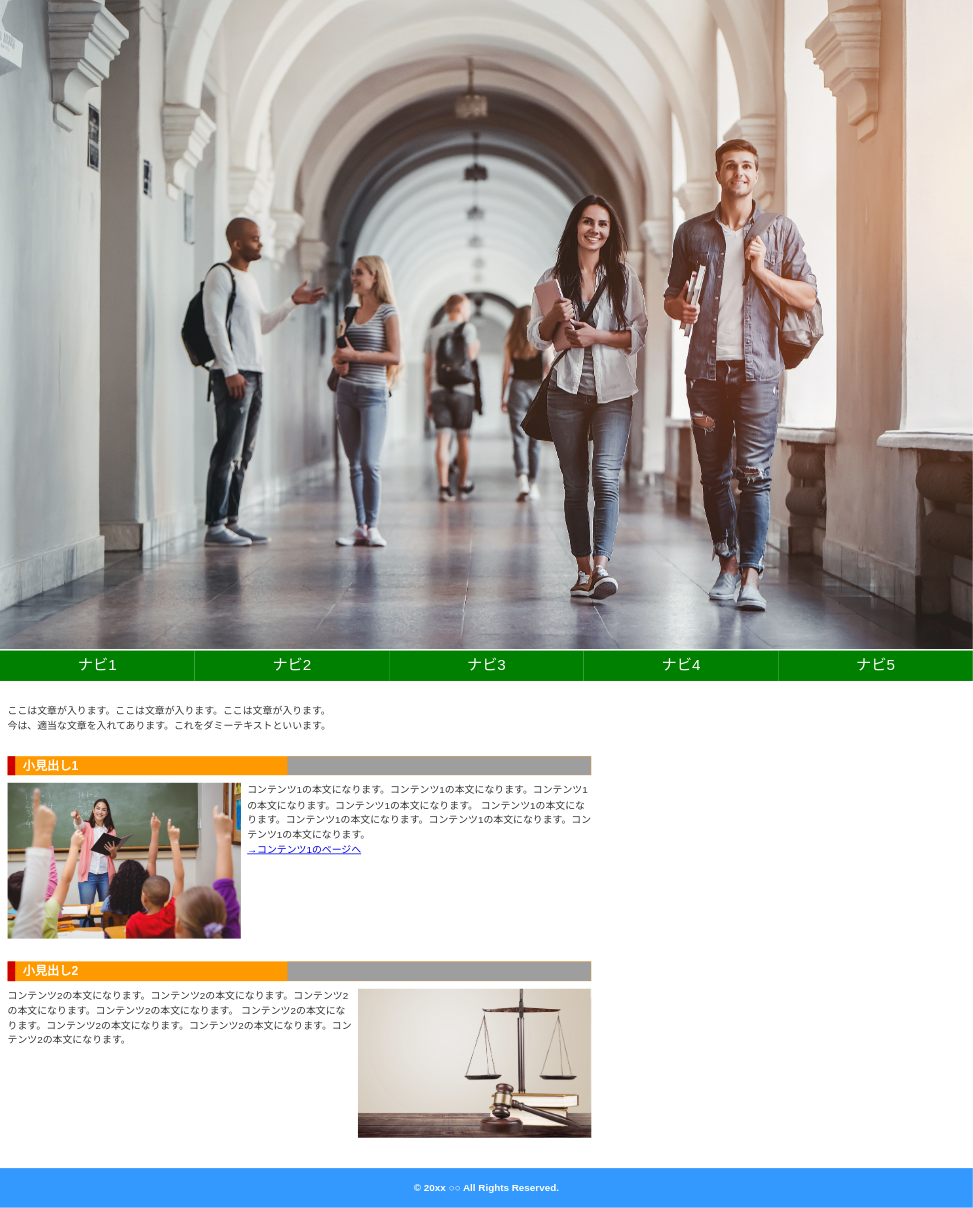
Repository: drumskoji/samurai_HTML-CSS
Page: home.html
The author's editor kept a record of every edit. The page is drawn from the files as they stood at one moment, then again after the next edit.
The browser window is 1280 px wide. The pictures show the whole page, at 76% of full size.
Pictures or frames that could not be fetched are drawn as grey boxes.

Above is the page before.

### home.html
<!DOCTYPE html>
<html lang="ja">
    <head>
        <meta charset="utf-8">
        <title>HTML/CSSの学習</title>
        <link rel="stylesheet" href="stylesheet.css">
    </head>
    <body>
        <div id="header">
            <h1><a href="index.html"><img id="corridor" src="image/corridor.jpg" alt="大学の廊下" /></a></h1>
        </div>
        <div id="wrapper">
            <div id="nav">
                <ul>
                    <li><a href="home.html">ナビ1</a></li>
                    <li><a href="#">ナビ2</a></li>
                    <li><a href="#">ナビ3</a></li>
                    <li><a href="#">ナビ4</a></li>
                    <li><a href="#">ナビ5</a></li>
                </ul>
           </div>
            <div id="container">
                <div id="main">
                    <div class="post">
                        <p>ここは文章が入ります。ここは文章が入ります。ここは文章が入ります。<br />今は、適当な文章を入れてあります。これをダミーテキストといいます。</p>
                    </div>
                    <div class="post clearfix">
                        <h2>小見出し1</h2>
                        <img class="left" src="image/classroom.jpg" alt="授業風景" />
                        <p>
                            コンテンツ1の本文になります。コンテンツ1の本文になります。コンテンツ1の本文になります。コンテンツ1の本文になります。
                            コンテンツ1の本文になります。コンテンツ1の本文になります。コンテンツ1の本文になります。コンテンツ1の本文になります。
                        </p>
                        <p><a href="#">→コンテンツ1のページへ</a></p>
                    </div>
                    <div class="post clearfix">
                        <h2>小見出し2</h2>
                        <img class="right" src="image/scale.jpg" alt="天秤" />
                        <p>
                            コンテンツ2の本文になります。コンテンツ2の本文になります。コンテンツ2の本文になります。コンテンツ2の本文になります。
                            コンテンツ2の本文になります。コンテンツ2の本文になります。コンテンツ2の本文になります。コンテンツ2の本文になります。
                        </p>
                    </div>
                </div>
            </div>
        <div id ="footer">
            <p>&copy; 20xx ○○ All Rights Reserved.</p>
        </div>
    </body>
</html>

### stylesheet.css
@charset "utf-8";

body {
	margin: 0;
	padding: 0;
	font-family: "ヒラギノ角ゴ Pro W3", "Hiragino Kaku Gothic Pro", "メイリオ", Meiryo, Osaka, "ＭＳ Ｐゴシック", "MS PGothic", sans-serif;
	color: #333;
	font-size: 13px;
	line-height: 150%;
}

/* -------------------- wrapper -------------------- */
#wrapper {
	width: 100%;
	margin: auto;
	padding: 0px;
	border: 0px;
	background-color: #FFF;
	top: 10px;
}

/* -------------------- header -------------------- */
#header {
	width: 100%;
}
#header h1 {
	margin: 0;
	padding: 0;
}

#corridor {
	width: 100%;
	height: auto;
}

/* -------------------- footer -------------------- */
#footer {
	clear: both;
	width: 100%;
	padding: 3px 0 3px 0;
	background: #39F;
	color: #FFF;
	font-weight: bold;
	text-align: center;
}

/* -------------------- nav -------------------- */
 #nav {
	 width: 100%;
 }
 #nav ul {
	 margin: 0;
	 padding: 0;
	 list-style-type: none;
 }
 #nav ul li {
	 float: left;
	 width: 20%;
	 text-align: center;
 }
 #nav ul li a {
	 display: block;
	 height: 20px;
	 margin: 0;
	 padding: 10px;
	 color: #FFF;
	 font-size: 20px;
	 text-decoration: none;
	 background-color: green;
 }


 /* -------------------- container -------------------- */
 #container {
	 width: 100%;
	 margin: auto ;
	 padding: auto;
	 padding-top: 20px;
	 clear: both;
 }
 /* -------------------- main -------------------- */
 #main {
	 float: left;
	 width: 60%;
	 padding: 10px 30px 10px 10px;
 }
 #main h2 {
	 margin: 0 0 10px 0;
	 padding: 3px 10px 3px 10px;
	 color: #FFF;
	 font-size: 16px;
	 border-left: solid 10px #C00;
	 background: #F90 url(../images/main_h2.jpg) right top repeat-y;
 }
 #main p {
	 margin: 0;
	 padding: 0;
 }
 #main .post {
	 margin: 0 0 30px 0;
 }

 #main .post img.right {
	 margin: 0 0 0 8px;
 }
 #main .post img.left {
	 margin: 0 8px 0 0;
 }

 .right {
	 float: right;
	 width: 40%;
	 height: auto;
 }
 .left {
	 float: left;
	 width: 40%;
	 height: auto;
 }

 /* -------------------- clearfix -------------------- */
 .clearfix {
	 zoom: 1;
 }
 .clearfix:after{
	 content: "";
	 display: block;
	 clear: both;
 }

After the next edit:
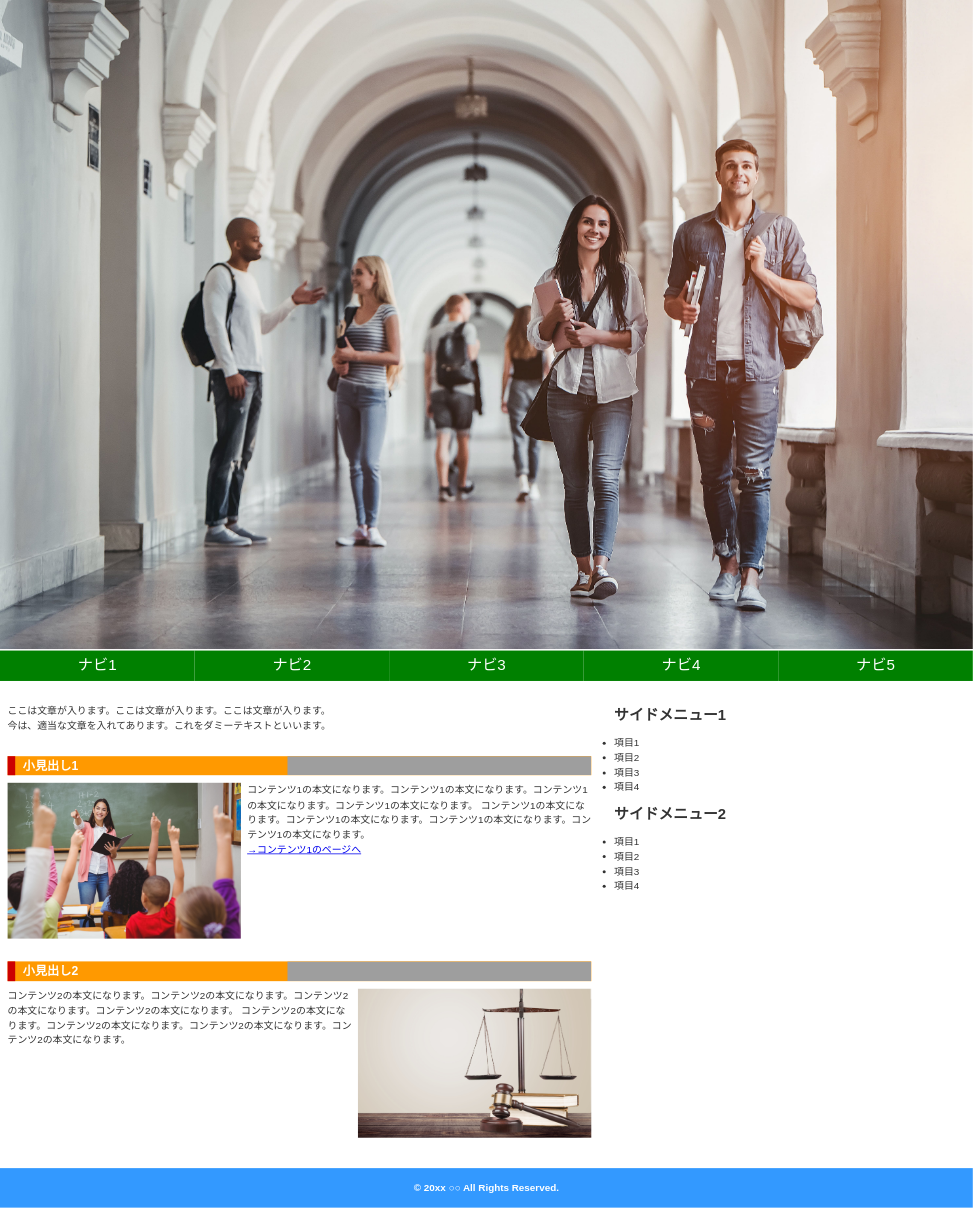
The edit:
--- a/home.html
+++ b/home.html
@@ -42,6 +42,30 @@
                         </p>
                     </div>
                 </div>
+                <div id="side">
+                <div class="box">
+                    <h2>サイドメニュー1</h2>
+                    <div class="boxBody">
+                        <ul>
+                            <li>項目1</li>
+                            <li>項目2</li>
+                            <li>項目3</li>
+                            <li>項目4</li>
+                        </ul>
+                    </div>
+                </div>
+                <div class="box">
+                    <h2>サイドメニュー2</h2>
+                    <div class="boxBody">
+                        <ul>
+                            <li>項目1</li>
+                            <li>項目2</li>
+                            <li>項目3</li>
+                            <li>項目4</li>
+                        </ul>
+                    </div>
+                </div>
+            </div>
             </div>
         <div id ="footer">
             <p>&copy; 20xx ○○ All Rights Reserved.</p>
